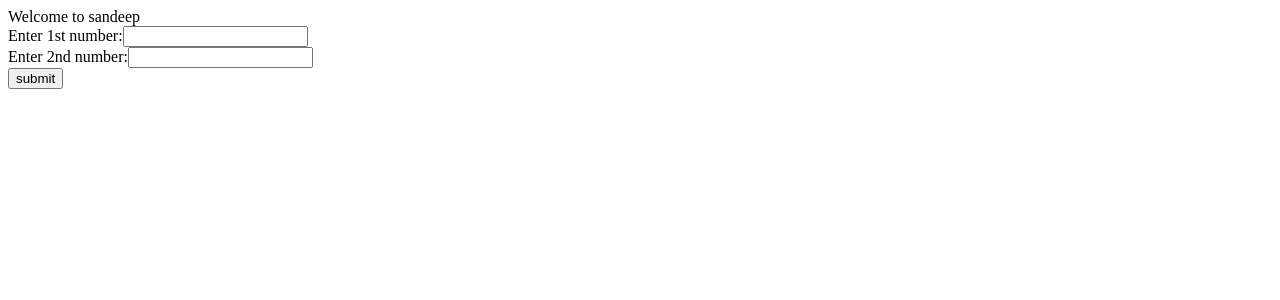
Repository: neelasandeep/sprinboot-projects
Page: http://localhost/SpringMvc/view/index.jsp
These files come from the project's save history. The page is drawn as it stood at one moment and after the next save; the edit follows.
The browser window is 1280 px wide. The pictures show the whole page.
The page is served by Tomcat 9. Other server files are loaded and not shown.

Above is the page before, as saved 2020-04-04 07:56:33.

### SpringMvc/src/main/webapp/view/index.jsp
<%@ page language="java" contentType="text/html; charset=ISO-8859-1"
    pageEncoding="ISO-8859-1"%>
<!DOCTYPE html>
<html>
<head>
<meta charset="ISO-8859-1">
<title>Insert title here</title>
</head>
<body>
Welcome to sandeep
<form action="add" method="post">
Enter 1st number:<input type="text" name="num1"><br>
Enter 2nd number:<input type="text" name="num2"><br>
<input type="submit" value="submit">

</form>
</body>
</html>

After the next save:
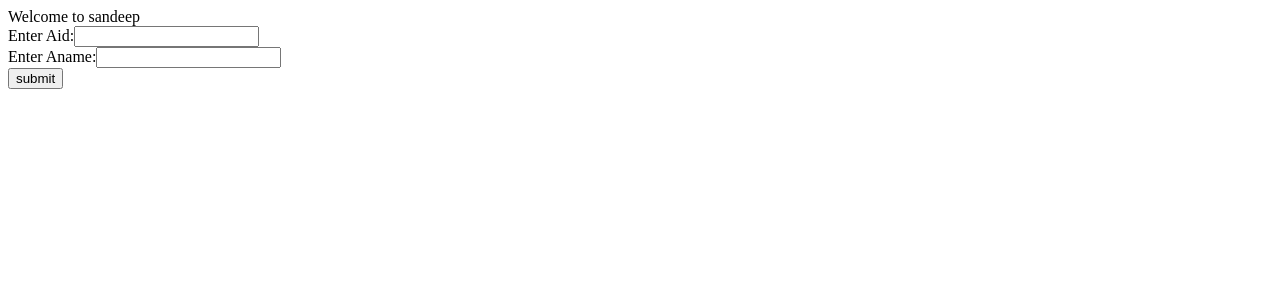
Saved 30 s later.
--- a/SpringMvc/src/main/webapp/view/index.jsp
+++ b/SpringMvc/src/main/webapp/view/index.jsp
@@ -9,8 +9,8 @@
 <body>
 Welcome to sandeep
 <form action="add" method="post">
-Enter 1st number:<input type="text" name="num1"><br>
-Enter 2nd number:<input type="text" name="num2"><br>
+Enter Aid:<input type="text" name="num1"><br>
+Enter Aname:<input type="text" name="num2"><br>
 <input type="submit" value="submit">
 
 </form>
